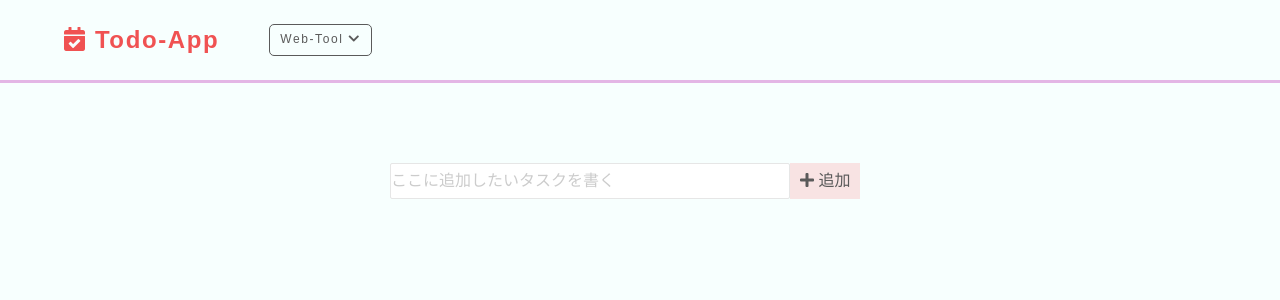
Repository: Hiroshii-m/todo_vue
Page: index.html
An editor plug-in stored every save of this project. The page is shown before and after the next save, followed by the edit.
The browser window is 1280 px wide. The pictures show the whole page.
The style sheet was rebuilt from its Sass, Less or Tailwind sources for each picture, by a compiler version that may differ from the author's.

Above is the page before, as saved 2021-06-26 18:13:57.

After the next save:
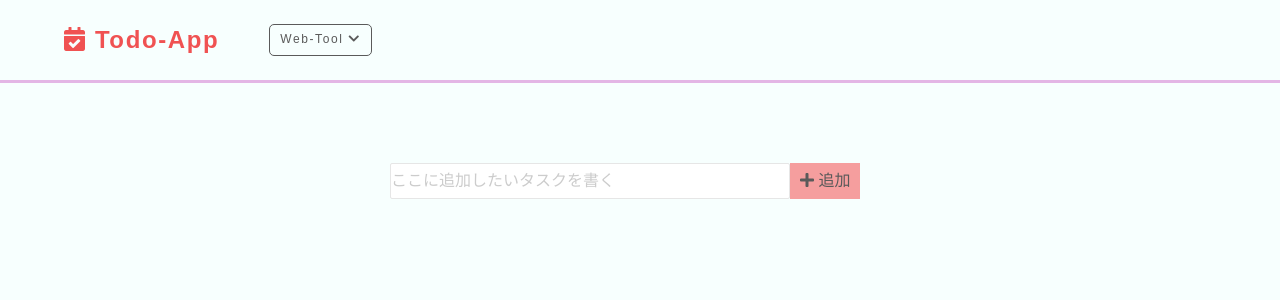
Saved 12 s later.
--- a/src/scss/foundation/_variables.scss
+++ b/src/scss/foundation/_variables.scss
@@ -6,7 +6,7 @@
     --color_sky: #C8E4F4;
     --color_red: #F05252;
     --color_blue: #25A1EF;
-    --color_pink: #f8e3e3;
+    --color_pink: #f59e9e;
     --border-color_default: #E6E6E6;
 
 
